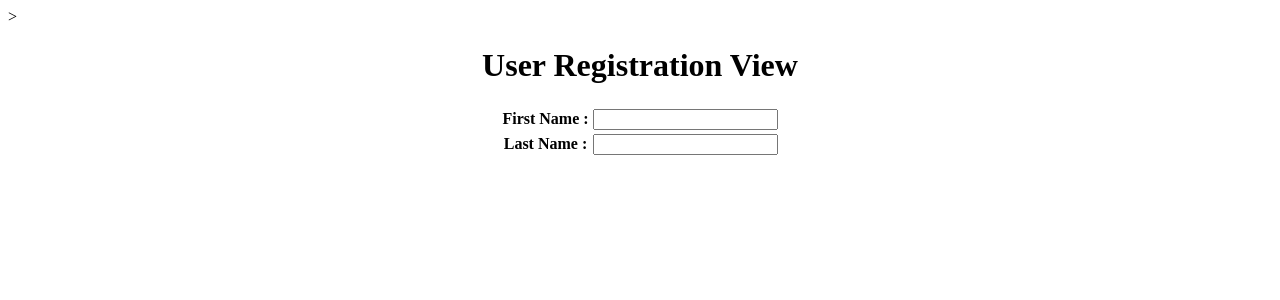
Repository: HimanshuJain1991/ProjectModuleUseCase
Page: http://localhost/Practice/UserRegistrationView.jsp
The author's editor kept a copy of each file at every save. The page is drawn from the files as they stood at one save, then again after the next save.
The browser window is 1280 px wide. The pictures show the whole page.
The page is served by Tomcat 9. Other server files are loaded and not shown.

Above is the page before, as saved 2024-02-27 10:58:44.

### Practice/src/main/webapp/UserRegistrationView.jsp
<%@page import="in.co.rays.dto.UserDTO"%>
<%@ page language="java" contentType="text/html; charset=ISO-8859-1"
	pageEncoding="ISO-8859-1"%>
<!DOCTYPE html>
<html>
<head>
<meta charset="ISO-8859-1">
<title>Insert title here</title>
</head>
<%UserDTO dto=new UserDTO(); %>>
<body>
	<center>
		<h1>User Registration View</h1>
		<table>
			<tr>
				<th>First Name :</th>
				<td><input type="text" name="firstName"
					 value=""></td>
					</tr>
					<tr>
				<th>Last Name  :</th>
				<td><input type="text" name="lastName"  value=""></td>


					</tr>
				</center>
</body>
</html>

### Practice/src/main/java/in/co/rays/dto/UserDTO.java
package in.co.rays.dto;

import java.util.Date;

public class UserDTO {
	private int id=0;
	private String firstName=null;
	private String lastName=null;
	private String loginId=null;
	private String password=null;
	private Date dob;
	private String address=null;
	public int getId() {
		return id;
	}
	public void setId(int id) {
		this.id = id;
	}
	public String getFirstName() {
		return firstName;
	}
	public void setFirstName(String firstName) {
		this.firstName = firstName;
	}
	public String getLastName() {
		return lastName;
	}
	public void setLastName(String lastName) {
		this.lastName = lastName;
	}
	public String getLoginId() {
		return loginId;
	}
	public void setLoginId(String loginId) {
		this.loginId = loginId;
	}
	public String getPassword() {
		return password;
	}
	public void setPassword(String password) {
		this.password = password;
	}
	public Date getDob() {
		return dob;
	}
	public void setDob(Date dob) {
		this.dob = dob;
	}
	public String getAddress() {
		return address;
	}
	public void setAddress(String address) {
		this.address = address;
	}


}

After the next save:
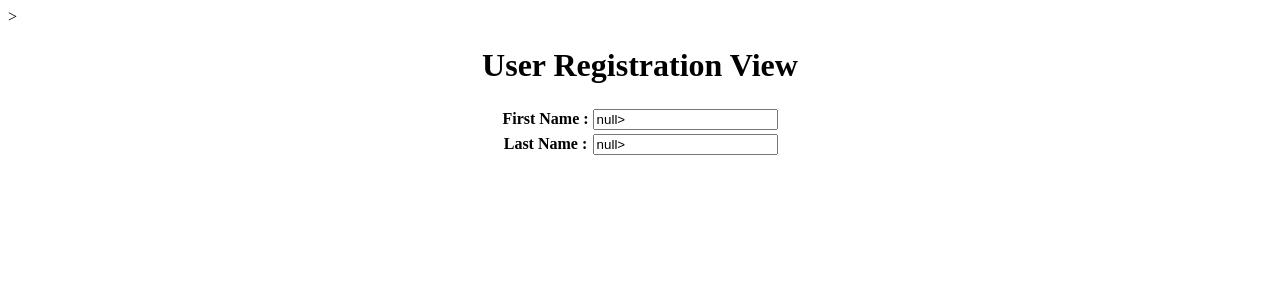
Saved 69 s later.
--- a/Practice/src/main/webapp/UserRegistrationView.jsp
+++ b/Practice/src/main/webapp/UserRegistrationView.jsp
@@ -15,11 +15,11 @@
 			<tr>
 				<th>First Name :</th>
 				<td><input type="text" name="firstName"
-					 value=""></td>
+					 value="<%=dto.getFirstName() %>>"></td>
 					</tr>
 					<tr>
 				<th>Last Name  :</th>
-				<td><input type="text" name="lastName"  value=""></td>
+				<td><input type="text" name="lastName"  value="<%=dto.getLastName() %>>"></td>
 
 
 					</tr>
